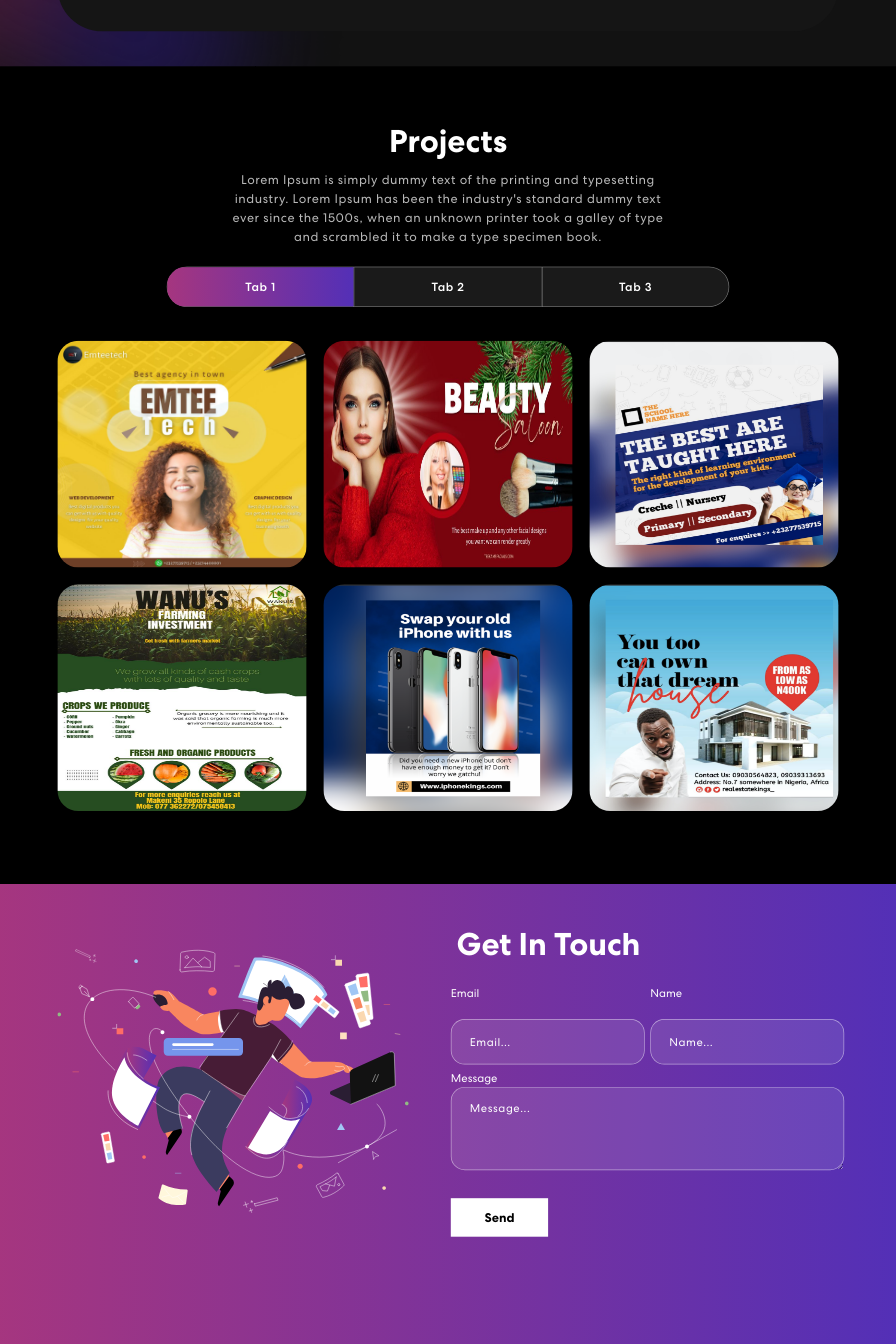
Repository: EmmanuelKeifala/emtee
Page: /
These files come from the project's save history. The page is drawn as it stood at one moment and after the next save; the edit follows.
The browser window is 1280 px wide. The pictures show the part of the page from y = 1354 to 3274 px (the page is 3530 px tall before and 3568 px after), at 70% of full size.
The project was rebuilt for these pictures with package versions that can differ from the ones it lists, and the page was loaded fresh each time. Some packages were replaced by stand-ins written for this rebuild.

Above is the page before, as saved 2022-09-30 18:11:38.

### public/index.html
<!DOCTYPE html>
<html lang="en">
  <head>
    <meta charset="utf-8" />
    <link rel="icon" href="%PUBLIC_URL%/favicon.ico" />
    <meta name="viewport" content="width=device-width, initial-scale=1" />
    <meta name="theme-color" content="#000000" />
    <meta name="description" content="Em-Tech" />
    <link rel="apple-touch-icon" href="%PUBLIC_URL%/logo192.png" />

    <link rel="manifest" href="%PUBLIC_URL%/manifest.json" />
    <title>Em-Tech</title>
  </head>
  <body>
    <div id="root"></div>
  </body>
</html>

### src/Components/Navbar.jsx
import React, { useState, useEffect } from "react";
import { Navbar, Container, Nav } from "react-bootstrap";
import logo from "../assets/img/screen.png";
import navIcon1 from "../assets/img/nav-icon1.svg";
import navIcon2 from "../assets/img/nav-icon2.svg";
import navIcon3 from "../assets/img/nav-icon3.svg";
import Twitter from "../assets/img/twit.png";

const NavBar = () => {
  const [activeLink, setActiveLink] = useState("home");
  const [scrolled, setScrolled] = useState(false);
  useEffect(() => {
    const onScroll = () => {
      if (window.scrollY > 50) {
        setScrolled(true);
      } else {
        setScrolled(false);
      }
    };
    window.addEventListener("scroll", onScroll);

    return () => window.removeEventListener("scroll", onScroll);
  }, []);
  const onUpdateActiveLink = (value) => {
    setActiveLink(value);
  };
  return (
    <Navbar expand="md" className={scrolled ? "scrolled" : ""}>
      <Container>
        <Navbar.Brand href="/">
          <img src={logo} alt="Logo" className="lo" />
        </Navbar.Brand>
        <Navbar.Toggle aria-controls="basic-navbar-nav">
          <span className="navbar-toggler-icon"></span>
        </Navbar.Toggle>
        <Navbar.Collapse id="basic-navbar-nav">
          <Nav className="ms-auto">
            <Nav.Link
              href="#home"
              className={
                activeLink === "home" ? "active navbar-link" : "navbar-link"
              }
              onClick={() => onUpdateActiveLink("home")}
            >
              Home
            </Nav.Link>
            <Nav.Link
              href="#skills"
              className={
                activeLink === "skills" ? "active navbar-link" : "navbar-link"
              }
              onClick={() => onUpdateActiveLink("skills")}
            >
              Skills
            </Nav.Link>
            <Nav.Link
              href="#project"
              className={
                activeLink === "project" ? "active navbar-link" : "navbar-link"
              }
              onClick={() => onUpdateActiveLink("project")}
            >
              Projects
            </Nav.Link>
          </Nav>
          <span className="navbar-text">
            <div className="social-icon">
              <a href="#">
                <img src={navIcon1} alt="linkedin" />
              </a>
              <a href="#">
                <img src={navIcon2} alt="facebook" />
              </a>
              <a href="#">
                <img src={navIcon3} alt="instagram" />
              </a>
              <a href="#">
                <img src={Twitter} alt="Twitter" className="twit" />
              </a>
            </div>
            <button className="vvd">
              <span>Let’s Connect</span>
            </button>
          </span>
        </Navbar.Collapse>
      </Container>
    </Navbar>
  );
};

export default NavBar;

### src/Components/Banner.jsx
import React from "react";
import { useState, useEffect } from "react";
import { Container, Row, Col } from "react-bootstrap";
import { ArrowRightCircle } from "react-bootstrap-icons";
import headerImg from "../assets/img/header-img.svg";
import "animate.css";
import TrackVisibility from "react-on-screen";
import GoogleAd from "./GoogleAd";
const Banner = () => {
  const [loopNum, setLoopNum] = useState(0);
  const [isDeleting, setIsDeleting] = useState(false);
  const [text, setText] = useState("");
  const [delta, setDelta] = useState(300 - Math.random() * 100);
  const [index, setIndex] = useState(1);
  const toRotate = ["Web Development", "Web Design", "UI/UX Design"];
  const period = 2000;

  useEffect(() => {
    let ticker = setInterval(() => {
      tick();
    }, delta);

    return () => {
      clearInterval(ticker);
    };
  }, [text]);

  const tick = () => {
    let i = loopNum % toRotate.length;
    let fullText = toRotate[i];
    let updatedText = isDeleting
      ? fullText.substring(0, text.length - 1)
      : fullText.substring(0, text.length + 1);

    setText(updatedText);

    if (isDeleting) {
      setDelta((prevDelta) => prevDelta / 2);
    }

    if (!isDeleting && updatedText === fullText) {
      setIsDeleting(true);
      setIndex((prevIndex) => prevIndex - 1);
      setDelta(period);
    } else if (isDeleting && updatedText === "") {
      setIsDeleting(false);
      setLoopNum(loopNum + 1);
      setIndex(1);
      setDelta(500);
    } else {
      setIndex((prevIndex) => prevIndex + 1);
    }
  };

  return (
    <section className="banner" id="home">
      <Container>
        <Row className="aligh-items-center">
          <Col xs={12} md={6} xl={7}>
            <TrackVisibility>
              {({ isVisible }) => (
                <div
                  className={
                    isVisible ? "animate__animated animate__fadeIn" : ""
                  }
                >
                  <span className="tagline">
                    Welcome to our Portfolio and Hiring Page
                  </span>
                  <h1>
                    {`Hi! We are Em-Tech we do`}{" "}
                    <span
                      className="txt-rotate"
                      dataPeriod="1000"
                      data-rotate='[ "Web Developement", "Web Design", "UI/UX Design" ]'
                    >
                      <span className="wrap">{text}</span>
                    </span>
                  </h1>
                  <p>
                    Lorem Ipsum is simply dummy text of the printing and
                    typesetting industry. Lorem Ipsum has been the industry's
                    standard dummy text ever since the 1500s, when an unknown
                    printer took a galley of type and scrambled it to make a
                    type specimen book.
                  </p>
                  <button onClick={() => console.log("connect")}>
                    Let’s Connect <ArrowRightCircle size={25} />
                  </button>
                </div>
              )}
            </TrackVisibility>
          </Col>
          <Col xs={12} md={6} xl={5}>
            <TrackVisibility>
              {({ isVisible }) => (
                <div
                  className={
                    isVisible ? "animate__animated animate__zoomIn" : ""
                  }
                >
                  <img src={headerImg} alt="Header Img" />
                </div>
              )}
            </TrackVisibility>
          </Col>
        </Row>
      </Container>
      <GoogleAd slot="9876543210" googleAdId="ca-pub-2934431448539258" />
    </section>
  );
};

export default Banner;

### src/Components/Skills.jsx
import React from "react";
import meter1 from "../assets/img/meter1.svg";
import meter2 from "../assets/img/meter2.svg";
import meter3 from "../assets/img/meter3.svg";
import Carousel from "react-multi-carousel";
import "react-multi-carousel/lib/styles.css";
import arrow1 from "../assets/img/arrow1.svg";
import arrow2 from "../assets/img/arrow2.svg";
import colorSharp from "../assets/img/color-sharp.png";
const Skills = () => {
  const responsive = {
    superLargeDesktop: {
      // the naming can be any, depends on you.
      breakpoint: { max: 4000, min: 3000 },
      items: 5,
    },
    desktop: {
      breakpoint: { max: 3000, min: 1024 },
      items: 3,
    },
    tablet: {
      breakpoint: { max: 1024, min: 464 },
      items: 2,
    },
    mobile: {
      breakpoint: { max: 464, min: 0 },
      items: 1,
    },
  };
  return (
    <section className="skill" id="skills">
      <div className="container">
        <div className="row">
          <div className="col-12">
            <div className="skill-bx wow zoomIn">
              <h2>Skills</h2>
              <p>
                Graphic design is a skill which helps people to grow your
                business and making one’s <br></br> imagination to mask out with
                quality designs and to visualize you thoughts or ideas<br></br>
                Also skills in react, next Js, Javascript and Html&CSS <br></br>
                To handle web design Giving smooth, fast and secured webpages
              </p>
              <Carousel
                responsive={responsive}
                infinite={true}
                className="owl-carousel owl-theme skill-slider"
              >
                <div className="item">
                  <img src={meter1} alt="Image" />
                  <h5>Graphic Design</h5>
                </div>
                <div className="item">
                  <img src={meter2} alt="Image" />
                  <h5>Brand Identity</h5>
                </div>
                <div className="item">
                  <img src={meter3} alt="Image" />
                  <h5>Logo Design</h5>
                </div>
                <div className="item">
                  <img src={meter1} alt="Image" />
                  <h5>Web Development</h5>
                </div>
              </Carousel>
            </div>
          </div>
        </div>
      </div>
      <img className="background-image-left" src={colorSharp} alt="Image" />
    </section>
  );
};

export default Skills;

### src/Components/Projects.jsx
import React from "react";
import { Container, Row, Col, Tab, Nav } from "react-bootstrap";
import { ProjectCard } from "./ProjectCard";
import projImg1 from "../assets/img/project-1.jpeg";
import projImg2 from "../assets/img/project-2.jpeg";
import projImg3 from "../assets/img/project-7.png";
import projImg4 from "../assets/img/project-4.jpeg";
import projImg5 from "../assets/img/project-5.png";
import projImg6 from "../assets/img/project-6.png";

import colorSharp2 from "../assets/img/color-sharp2.png";
import ecommerce from "../assets/img/Ecommerce-2.jpeg";
import tiktok from "../assets/img/tiktok-clone-1.png";
import spotify from "../assets/img/spotify.webp";
import food from "../assets/img/food.png";
import chatapp from "../assets/img/chatapp.jpeg";
import amazon from "../assets/img/amazon.png";
import "animate.css";
import TrackVisibility from "react-on-screen";
const Projects = () => {
  const projects = [
    {
      title: "Business Startup",
      description: "Design & Development",
      imgUrl: projImg1,
    },
    {
      title: "Business Startup",
      description: "Design & Development",
      imgUrl: projImg2,
    },
    {
      title: "Business Startup",
      description: "Design & Development",
      imgUrl: projImg3,
    },
    {
      title: "Business Startup",
      description: "Design & Development",
      imgUrl: projImg4,
    },
    {
      title: "Business Startup",
      description: "Design & Development",
      imgUrl: projImg5,
    },
    {
      title: "Business Startup",
      description: "Design & Development",
      imgUrl: projImg6,
    },
  ];
  const web = [
    {
      title: "Ecommerce Website",
      description: "It handles order, sales etc",
      imgUrl: ecommerce,
      link: "https://em-tech-rzdb.vercel.app/",
    },
    {
      title: "A Tik Tok clone",
      description: "Design & Development",
      imgUrl: tiktok,
    },
    {
      title: "Spotify Clone",
      description: "Design & Development",
      imgUrl: spotify,
    },
    {
      title: "Food Order and Delivery",
      description: "Design & Development",
      imgUrl: food,
    },
    {
      title: "Chat App",
      description: "Design & Development",
      imgUrl: chatapp,
    },
    {
      title: "Amazon Clone",
      description: "Design & Development",
      imgUrl: amazon,
    },
  ];
  return (
    <section className="project" id="project">
      <Container>
        <Row>
          <Col size={12}>
            <TrackVisibility>
              {({ isVisible }) => (
                <div
                  className={
                    isVisible ? "animate__animated animate__fadeIn" : ""
                  }
                >
                  <h2>Projects</h2>
                  <p>
                    Lorem Ipsum is simply dummy text of the printing and
                    typesetting industry. Lorem Ipsum has been the industry's
                    standard dummy text ever since the 1500s, when an unknown
                    printer took a galley of type and scrambled it to make a
                    type specimen book.
                  </p>
                  <Tab.Container id="projects-tabs" defaultActiveKey="first">
                    <Nav
                      variant="pills"
                      className="nav-pills mb-5 justify-content-center align-items-center"
                      id="pills-tab"
                    >
                      <Nav.Item>
                        <Nav.Link eventKey="first">Tab 1</Nav.Link>
                      </Nav.Item>
                      <Nav.Item>
                        <Nav.Link eventKey="second">Tab 2</Nav.Link>
                      </Nav.Item>
                      <Nav.Item>
                        <Nav.Link eventKey="third">Tab 3</Nav.Link>
                      </Nav.Item>
                    </Nav>
                    <Tab.Content
                      id="slideInUp"
                      className={
                        isVisible ? "animate__animated animate__slideInUp" : ""
                      }
                    >
                      <Tab.Pane eventKey="first">
                        <Row>
                          {projects.map((project, index) => {
                            return <ProjectCard key={index} {...project} />;
                          })}
                        </Row>
                      </Tab.Pane>
                      <Tab.Pane eventKey="second">
                        <Row>
                          {web.map((project, index) => {
                            return <ProjectCard key={index} {...project} />;
                          })}
                        </Row>
                      </Tab.Pane>
                      <Tab.Pane eventKey="third">
                        <p>
                          Lorem ipsum dolor sit amet consectetur adipisicing
                          elit. Cumque quam, quod neque provident velit, rem
                          explicabo excepturi id illo molestiae blanditiis,
                          eligendi dicta officiis asperiores delectus quasi
                          inventore debitis quo.
                        </p>
                      </Tab.Pane>
                    </Tab.Content>
                  </Tab.Container>
                </div>
              )}
            </TrackVisibility>
          </Col>
        </Row>
      </Container>
      <img className="background-image-right" src={colorSharp2}></img>
    </section>
  );
};

export default Projects;

### src/Components/Footer.jsx
import React from "react";
import { Container, Row, Col } from "react-bootstrap";
import logo from "../assets/img/logo.svg";
import navIcon1 from "../assets/img/nav-icon1.svg";
import navIcon2 from "../assets/img/nav-icon2.svg";
import navIcon3 from "../assets/img/nav-icon3.svg";

const Footer = () => {
  return (
    <footer className="footer">
      <Container>
        <Row className="align-items-center">
          <Col size={12} sm={6}>
            <img src={logo} alt="Logo" />
          </Col>
          <Col size={12} sm={6} className="text-center text-sm-end">
            <div className="social-icon">
              <a href="#" className="icon">
                <img src={navIcon1} alt="Icon" className="icon-1" />
              </a>
              <a href="#" className="icon">
                <img src={navIcon2} alt="Icon" className="icon-1" />
              </a>
              <a href="#" className="icon">
                <img src={navIcon3} alt="Icon" className="icon-1" />
              </a>
            </div>
            <p>Copyright 2022. All Rights Reserved</p>
            <p>Develped by Em-Tech</p>
          </Col>
        </Row>
      </Container>
    </footer>
  );
};

export default Footer;

### src/Components/GoogleAd.jsx
import React, { Component } from "react";
import PropTypes from "prop-types";

class GoogleAd extends Component {
  googleInit = null;

  componentDidMount() {
    const { timeout } = this.props;
    this.googleInit = setTimeout(() => {
      if (typeof window !== "undefined")
        (window.adsbygoogle = window.adsbygoogle || []).push({});
    }, timeout);
  }

  componentWillUnmount() {
    if (this.googleInit) clearTimeout(this.googleInit);
  }

  render() {
    const { classNames, slot, googleAdId, style, format } = this.props;
    return (
      <div className={classNames}>
        <ins
          className="adsbygoogle"
          style={style || { display: "block", textAlign: "center" }}
          data-ad-client={googleAdId}
          data-ad-slot={slot}
          data-ad-format={format || "auto"}
          data-full-width-responsive="true"
        ></ins>
      </div>
    );
  }
}
GoogleAd.propTypes = {
  classNames: PropTypes.string,
  slot: PropTypes.string,
  timeout: PropTypes.number,
  googleAdId: PropTypes.string,
};
GoogleAd.defaultProps = {
  classNames: "",
  timeout: 200,
};
export default GoogleAd;

### src/Components/ProjectCard.jsx
import { Col } from "react-bootstrap";

export const ProjectCard = ({ title, description, imgUrl, link }) => {
  return (
    <Col size={12} sm={6} md={4}>
      <div className="proj-imgbx">
        <img src={imgUrl} className="prop-image" />
        <div className="proj-txtx">
          <h4>{title}</h4>
          <span>{description}</span>
          {link && (
            <p>
              <a target="_blank" href={link}>
                <span className="spanner">Demo</span>
              </a>
            </p>
          )}
        </div>
      </div>
    </Col>
  );
};

Loaded but not shown: src/index.css (common file); src/reportWebVitals.js (common file); src/App.js (23 lines, source omitted); src/index.js (16 lines, source omitted); src/App.css (743 lines, source omitted); src/Components/Contact.jsx (145 lines, source omitted)

After the next save:
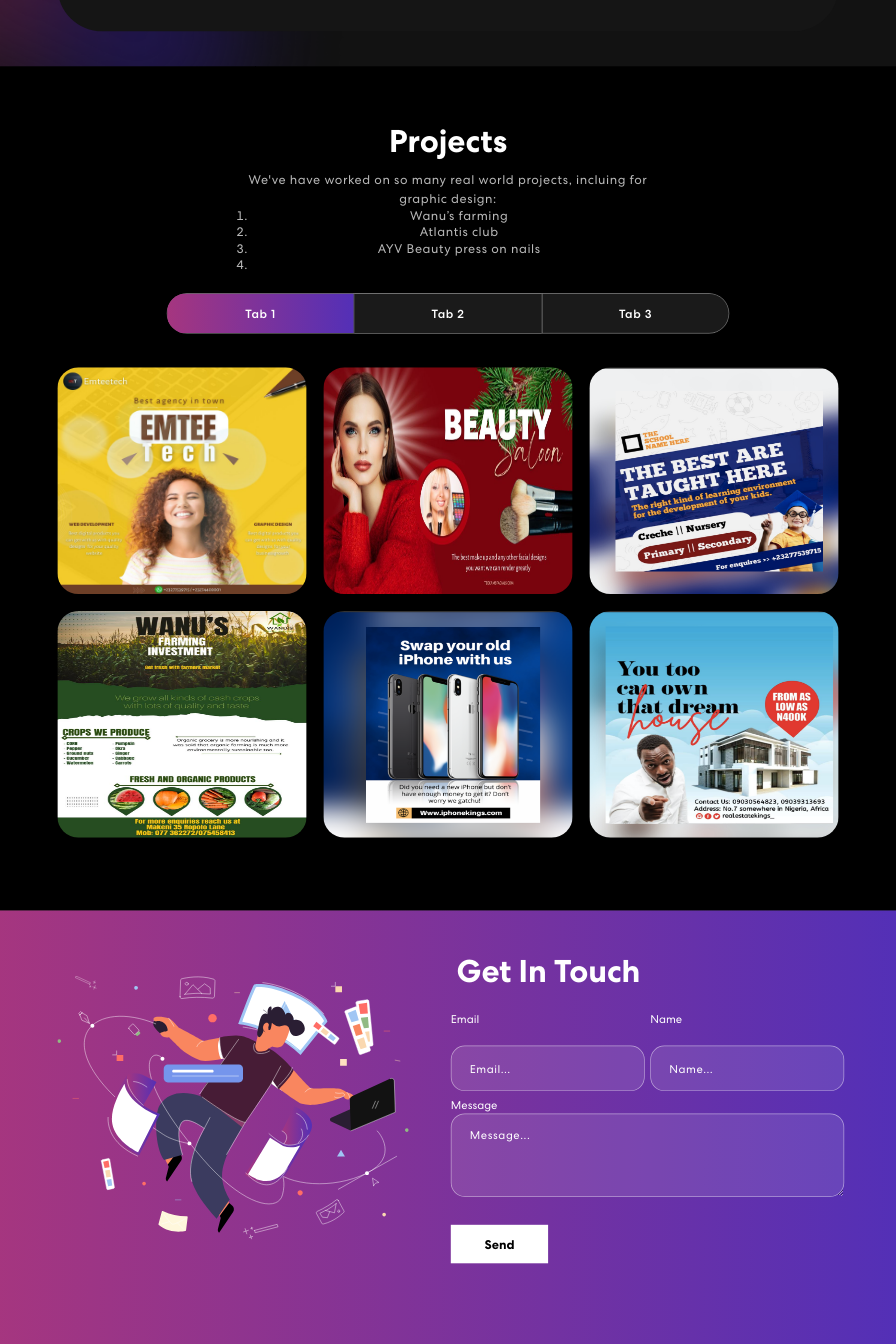
Saved 2 min 10 s later.
--- a/src/Components/Projects.jsx
+++ b/src/Components/Projects.jsx
@@ -97,11 +97,14 @@ const Projects = () => {
                 >
                   <h2>Projects</h2>
                   <p>
-                    Lorem Ipsum is simply dummy text of the printing and
-                    typesetting industry. Lorem Ipsum has been the industry's
-                    standard dummy text ever since the 1500s, when an unknown
-                    printer took a galley of type and scrambled it to make a
-                    type specimen book.
+                    We've have worked on so many real world projects, incluing
+                    for graphic design:
+                    <ol>
+                      <li> Wanu’s farming</li>
+                      <li> Atlantis club</li>
+                      <li>AYV Beauty press on nails</li>
+                      <li></li>
+                    </ol>
                   </p>
                   <Tab.Container id="projects-tabs" defaultActiveKey="first">
                     <Nav
